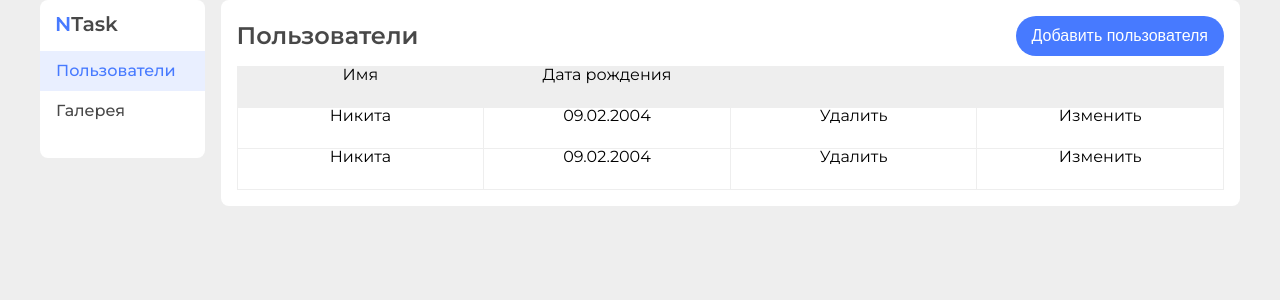
Repository: Grid-Master/NTask
Page: /
The author's editor kept a copy of each file at every save. The page is drawn from the files as they stood at one save, then again after the next save.
The browser window is 1280 px wide. The pictures show the whole page.
The project was rebuilt for these pictures with package versions that can differ from the ones it lists, and the page was loaded fresh each time.

Above is the page before, as saved 2023-06-05 09:17:35.

### public/index.html
<!DOCTYPE html>
<html lang="en">
  <head>
    <meta charset="utf-8" />
    <link rel="icon" href="%PUBLIC_URL%/favicon.ico" />
    <meta name="viewport" content="width=device-width, initial-scale=1" />
    <meta name="theme-color" content="#000000" />
    <meta name="description" content="Web site created using create-react-app" />
    <link rel="apple-touch-icon" href="%PUBLIC_URL%/logo192.png" />
    <link rel="preconnect" href="https://fonts.googleapis.com" />
    <link rel="preconnect" href="https://fonts.gstatic.com" crossorigin />
    <link
      href="https://fonts.googleapis.com/css2?family=Montserrat:wght@300;400;500;600;700&display=swap"
      rel="stylesheet" />
    <link rel="manifest" href="%PUBLIC_URL%/manifest.json" />
    <title>React App</title>
  </head>
  <body>
    <noscript>You need to enable JavaScript to run this app.</noscript>
    <div id="root"></div>
  </body>
</html>

### src/index.css
html, body, div, span, applet, object, iframe,
h1, h2, h3, h4, h5, h6, p, blockquote, pre,
a, abbr, acronym, address, big, cite, code,
del, dfn, em, img, ins, kbd, q, s, samp,
small, strike, strong, sub, sup, tt, var,
b, u, i, center,
dl, dt, dd, ol, ul, li,
fieldset, form, label, legend,
table, caption, tbody, tfoot, thead, tr, th, td,
article, aside, canvas, details, embed,
figure, figcaption, footer, header, hgroup,
menu, nav, output, ruby, section, summary,
time, mark, audio, video {
	margin: 0;
	padding: 0;
	border: 0;
	font-size: 100%;
	font: inherit;
	vertical-align: baseline;
}
/* HTML5 display-role reset for older browsers */
article, aside, details, figcaption, figure,
footer, header, hgroup, menu, nav, section {
	display: block;
}
body {
	line-height: 1;
}
ol, ul {
	list-style: none;
}
blockquote, q {
	quotes: none;
}
blockquote:before, blockquote:after,
q:before, q:after {
	content: '';
	content: none;
}
table {
	border-collapse: collapse;
}
body {
  margin: 0;
  font-family: Montserrat;
  background: #EEEEEE;
  max-width: 1200px;
  margin: 0 auto;

}

code {
  font-family: source-code-pro, Menlo, Monaco, Consolas, 'Courier New',
    monospace;
}

### src/App.tsx
import './App.css';
import Navbar from './components/navabar/Navbar';
import UserList from './components/userList/UserList';

function App() {
  return (
    <div className="App">
      <Navbar />
      <UserList />
    </div>
  );
}

export default App;

### src/App.css
.App {
  display: flex;
  align-items:start;
  gap: 16px;
}

### src/components/navabar/Navbar.tsx
import { FC } from 'react';
import './navbar.sass';
const logo = require('../../images/logo.png');

const Navbar: FC = () => {
  return (
    <div className="navbar">
      <div className="navbar__imagecontainer">
        <img src={logo} alt="logo" />
      </div>
      <div className="navbar__item navbar__active">Пользователи</div>
      <div className="navbar__item">Галерея</div>
    </div>
  );
};

export default Navbar;

### src/components/userList/UserList.tsx
import React, { FC } from 'react';
import './userList.sass';

const UserList: FC = () => {
  return (
    <div className="userList">
      <div>
        <h1 className="userList__title">Пользователи</h1>
        <button className="userList__addUserBtn">Добавить пользователя</button>
      </div>
      <table className="userList__table">
        <tr className="userList__table-info">
          <td>Имя</td>
          <td>Дата рождения</td>
          <td></td>
          <td></td>
        </tr>
        <tr>
          <td>Никита</td>
          <td>09.02.2004</td>
          <td>Удалить</td>
          <td>Изменить</td>
        </tr>

        <tr>
          <td>Никита</td>
          <td>09.02.2004</td>
          <td>Удалить</td>
          <td>Изменить</td>
        </tr>
      </table>
    </div>
  );
};

export default UserList;

### src/components/navabar/navbar.sass
.navbar
    width: 200px
    height: 158px
    background: #FFFFFF
    border-radius: 8px
    &__imagecontainer
        padding: 16px 0
        margin-left: 16px
    &__item
        padding: 8px 16px
        cursor: pointer
        font-weight: 500
        font-size: 16px
        line-height: 150%
        color: #484848
    &__active
        background: #E9EFFF
        color: #477AFF

### src/components/userList/userList.sass
.userList
    width: 100%
    background: #FFFFFF
    border-radius: 8px
    padding: 16px
    >div
        display: flex
        align-items: center
        justify-content: space-between
    &__title
        font-weight: 600
        font-size: 24px
        line-height: 150%
        color: #484848
    &__addUserBtn
        font-weight: 500
        font-size: 16px
        line-height: 100%
        color: #FFFFFF
        background: #477AFF
        border-radius: 20px
        padding: 12px 16px
        border: none
        outline: none
        cursor: pointer
        transition: .3s
        &:hover
            opacity: .8
    &__table
        margin-top: 10px
        border-radius: 8px
        width: 100%
        border: 1px solid #EEEEEE
        border-radius: 8px
        td
            border: 1px solid #EEEEEE
            width: 238px
            height: 40px
            text-align: center
        &-info
            background-color: #EEEEEE

Loaded but not shown: src/index.tsx (common file)

After the next save:
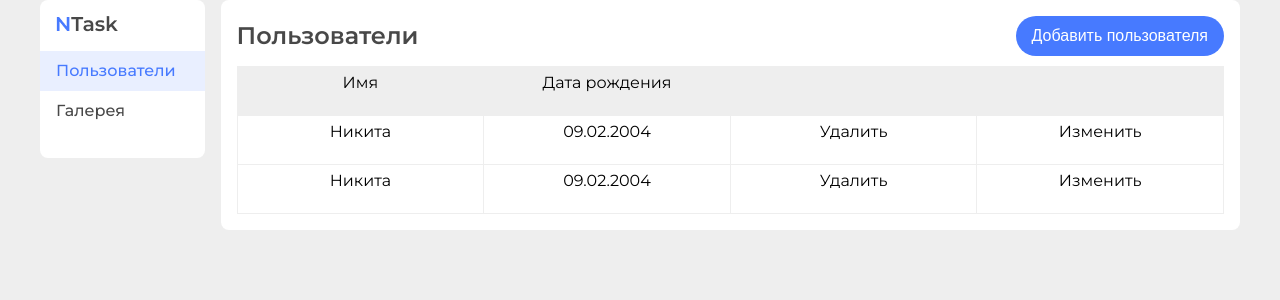
Saved 16 s later.
--- a/src/components/userList/userList.sass
+++ b/src/components/userList/userList.sass
@@ -37,5 +37,6 @@
             width: 238px
             height: 40px
             text-align: center
+            padding-top: 8px
         &-info
             background-color: #EEEEEE
